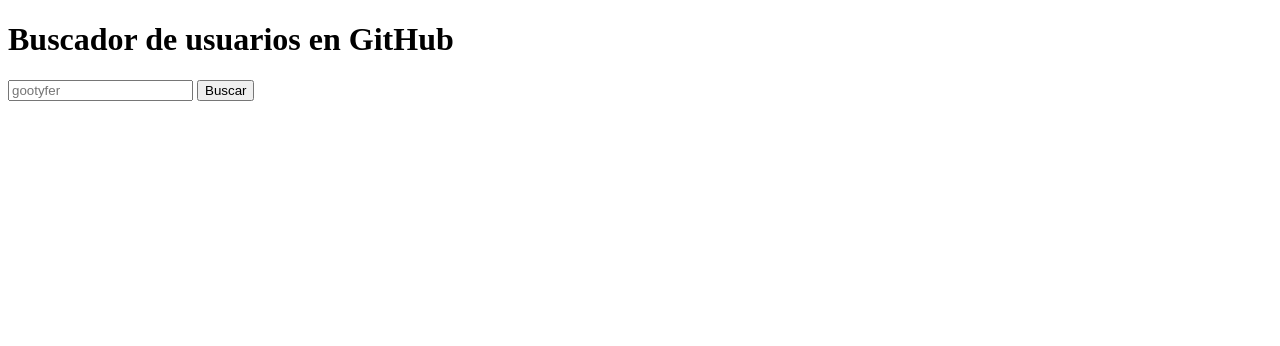
Repository: conchaasensio/ejercicios-en-clase-j
Page: modulo-2/leccion-2.10/ejercicio-3/index.html
An editor plug-in stored every save of this project. The page is shown before and after the next save, followed by the edit.
The browser window is 1280 px wide. The pictures show the whole page.

Above is the page before, as saved 2020-07-03 19:18:49.
Console error: SyntaxError: Unexpected token '}'

### modulo-2/leccion-2.10/ejercicio-3/index.html
<!DOCTYPE html>
<html lang="es">
  <head>
    <meta charset="UTF-8" />
    <meta name="viewport" content="width=device-width, initial-scale=1.0" />
    <title>Buscador de usuarios en GitHub</title>
  </head>
  <body>
    <h1>Buscador de usuarios en GitHub</h1>
    <input type="text" placeholder="gootyfer" />
    <button class="js-btn-buscar">Buscar</button>
    <script src="./main.js"></script>
  </body>
</html>

### modulo-2/leccion-2.10/ejercicio-3/main.js
'use strict';

function getUserGitHub() {
  fetch('https://api.github.com/users/gootyfer')
    .then((response) => response.json())
    .then((data) => {
      const
    });
}
getUserGitHub();

After the next save:
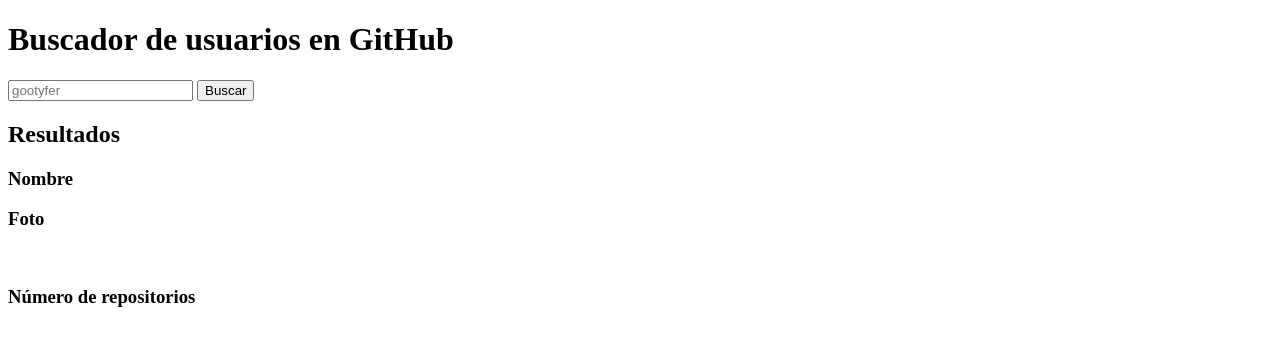
Saved 110 s later.
--- a/modulo-2/leccion-2.10/ejercicio-3/index.html
+++ b/modulo-2/leccion-2.10/ejercicio-3/index.html
@@ -9,6 +9,14 @@
     <h1>Buscador de usuarios en GitHub</h1>
     <input type="text" placeholder="gootyfer" />
     <button class="js-btn-buscar">Buscar</button>
+    <h2>Resultados</h2>
+    <h3>Nombre</h3>
+    <p></p>
+    <h3>Foto</h3>
+    <img src="" alt="" />
+    <h3>Número de repositorios</h3>
+    <p></p>
+
     <script src="./main.js"></script>
   </body>
 </html>
